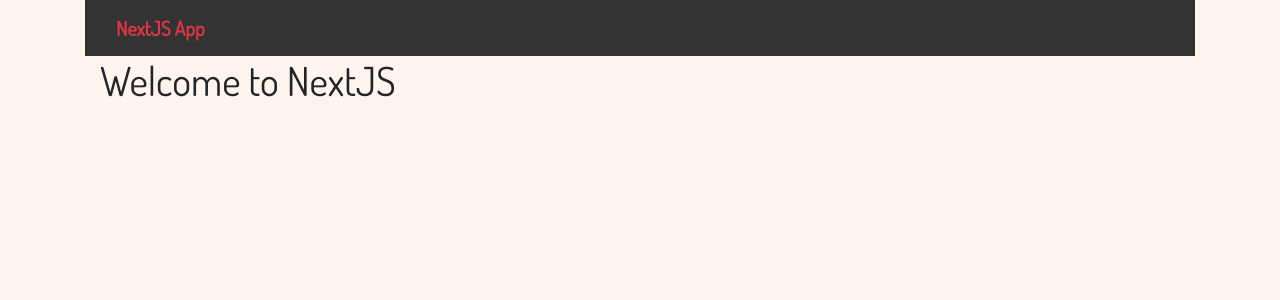
Repository: CaptainStorm21/NextJS-React16
Page: /
These files come from the project's save history. The page is drawn as it stood at one moment and after the next save; the edit follows.
The browser window is 1280 px wide. The pictures show the whole page.
The page's requests for data from a server got no answer. The project was rebuilt for these pictures with package versions that can differ from the ones it lists, and the page was loaded fresh each time. The framework's server and built-in components were replaced by stand-ins that run in the browser. No one was signed in, and anything a server would have sent is missing. Also part of the build but not shown: styles/main.css.

Above is the page before, as saved 2020-06-10 17:38:50.

### pages/index.js
import React, { Component } from "react";
import axios from "axios";
import MainLayout from "../components/layouts/MainLayout";
// import '../styles/main.css'
import MyStyle from '../styles/main.css';

export default class Home extends Component {
  static async getInitialProps({ pathname, query, asPath, req, res }) {
    let userData;

    try {
      const response = await axios.get(
        "http://jsonplaceholder.typicode.com/users/1"
      );
      userData = response.data;
      // console.log('getting loaded first')
      // console.log(userData)
    } catch {
      console.log("error");
    }
    // const request = axios.get('http://jsonplaceholder.typicode.com/users/1')
    //   .then(response => {
    //                             console.log(response.data)
    //                           })
    // console.log(context);

    console.log(pathname);
    console.log(res);
    console.log(req);

    return {
      user: {
        name: "Francis",
        lastName: "Medici",
      },
      userData,
    };
  }
  constructor(props) {
    super(props);
    // console.log("constructor");
    console.log(this.props.user);
    this.state = {
      user: this.props.user,
      userData: this.props.userData,
    };
  }
  render() {
    console.log(this.props.user);
    console.log(this.state);
    return (
      <>
        <MainLayout>
          <h1 className={MyStyle.superAwesome}>Welcome to NextJS</h1>
        </MainLayout>
      </>
    );
  }
}

### components/layouts/MainLayout.js
import React from "react";
import Header from "../includes/Header";
import Head from "next/head";

const mainLayout = (props) => (
  <>
    <Head>
      <title>Welcomet NextJS App</title>
      <link href="#" rel="stylesheet" />
      <link
        href="https://fonts.googleapis.com/css2?family=Dosis&display=swap"
        rel="stylesheet"
      />
      <link
        href="https://cdnjs.cloudflare.com/ajax/libs/twitter-bootstrap/4.3.1/css/bootstrap.min.css"
        rel="stylesheet"
      />
      <link href="/static/css/styles.css" rel="stylesheet" />
    </Head>
    <div className="mainLayout container">
      <Header />
      <div className="container">{props.children}</div>
    </div>
  </>
);

export default mainLayout;

### components/includes/Header.js
import React, { Component } from "react";
import Link from "next/link";

const Header = () => (
  <>
    <header>
      <div className="container">
        <nav className="navbar navbar-expand-lg navbar-light">
          <Link href="/">
            <a className="navbar-brand">NextJS App</a>
          </Link>
        </nav>
        <div className="collapse navbar-collapse">
          <div className="navbar-nav">
            <Link href="/">
              <a className="nav-item nav-link">Home</a>
            </Link>
            <Link href="/contact">
              <a className="nav-item nav-link">Contact</a>
            </Link>
            <Link href="/about">
              <a className="nav-item nav-link">About</a>
            </Link>
            <Link href="/users">
              <a className="nav-item nav-link">Users</a>
            </Link>
          </div>
        </div>
      </div>
    </header>
  </>
);

export default Header;

### static/css/styles.css
.contact_static {
  color: green;
  background-color: yellow;
}

header {
  background: #333333;
}

header .navbar-brand {
  color: #dc3545 !important;
  font-weight: 900;
}

header .navbar-nav .nav-item {
  color: #ffffff !important;
}

body {
  font-family: "Dosis", sans-serif;
  background-color:  seashell;
}

After the next save:
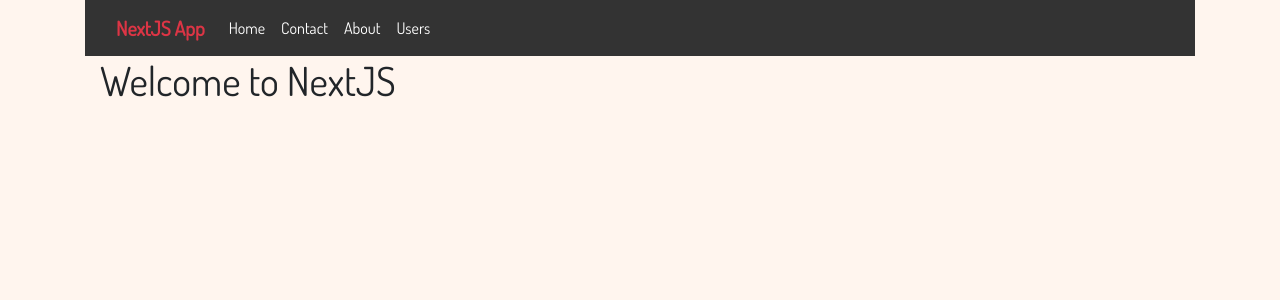
Saved 39 s later.
--- a/components/includes/Header.js
+++ b/components/includes/Header.js
@@ -9,7 +9,7 @@ const Header = () => (
           <Link href="/">
             <a className="navbar-brand">NextJS App</a>
           </Link>
-        </nav>
+
         <div className="collapse navbar-collapse">
           <div className="navbar-nav">
             <Link href="/">
@@ -25,7 +25,7 @@ const Header = () => (
               <a className="nav-item nav-link">Users</a>
             </Link>
           </div>
-        </div>
+        </div>        </nav>
       </div>
     </header>
   </>
